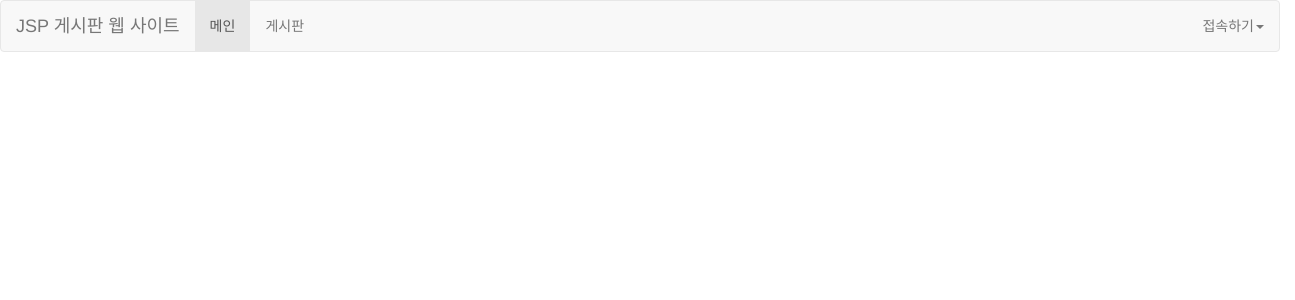
Repository: flown222/JSP_BasicWebsite_Project
Page: http://localhost/BBS/main.jsp
An editor plug-in stored every save of this project. The page is shown before and after the next save, followed by the edit.
The browser window is 1280 px wide. The page is 1280 px wide, then 1295 px, then 1280 px, so the pictures cover 1295 px, including what lies to the right of the window. The pictures show the whole page.
The page is served by Tomcat 9.

Above is the page before, as saved 2022-08-21 06:22:06.

After the next save:
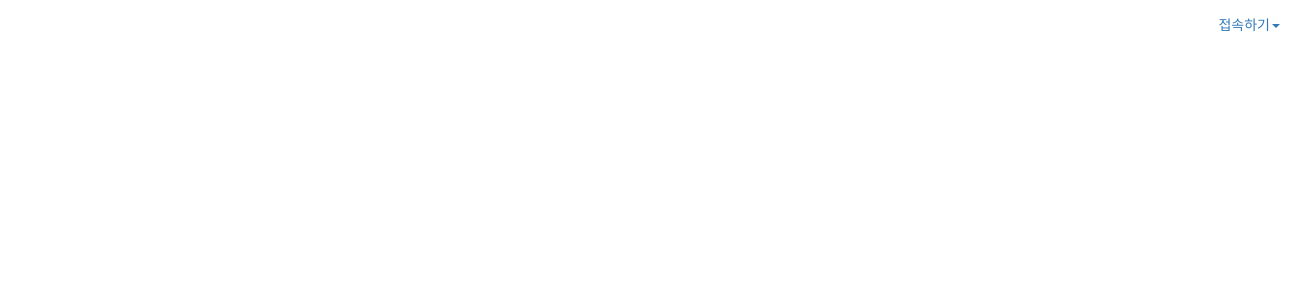
Saved 3 min 3 s later.
--- a/projects /BBS/src/main/webapp/main.jsp
+++ b/projects /BBS/src/main/webapp/main.jsp
@@ -17,26 +17,9 @@
 			userID = (String) session.getAttribute("userID");
 		}
 	%>
-	<nav class="navbar navbar-default ">
-		<div class="navbar-header">
-			<button type="button" class="navbar-toggle collapsed"
-			data-toggle="collapse" data-target="#bs-example-navbar-collapse-1"
-			aria-expanded="false">
-				<span class="icon-bar"></span>
-				<span class="icon-bar"></span>
-				<span class="icon-bar"></span>
-			</button>
 
-			<a class="navbar-brand" href="main.jsp">JSP 게시판 웹 사이트</a>
-		</div>
-       <div class="collapse navbar-collapse" id="bs-example-navbar-collapse-1"
-       				aria-expanded="false">
-           <ul class="nav navbar-nav">
-                   <li class="active"><a href="main.jsp">메인</a></li>
-                   <li><a href="bbs.jsp">게시판</a></li>
-           </ul>
            <%
-           		if(userID == null){
+           		if(userID == null){ //로그인 또는 회원가입을 통해 접속을 하지 않을 상태일때.
            %>
 			<ul class="nav navbar-nav navbar-right">
 				<li class="dropdown">
@@ -50,7 +33,7 @@
 				</li>
 			</ul>
 			<%
-           		} else{
+           		} else{//로그인 또는 회원가입을 통해 접속을 했을때.
            	%>
            	<ul class="nav navbar-nav navbar-right">
 				<li class="dropdown">

After the save that followed:
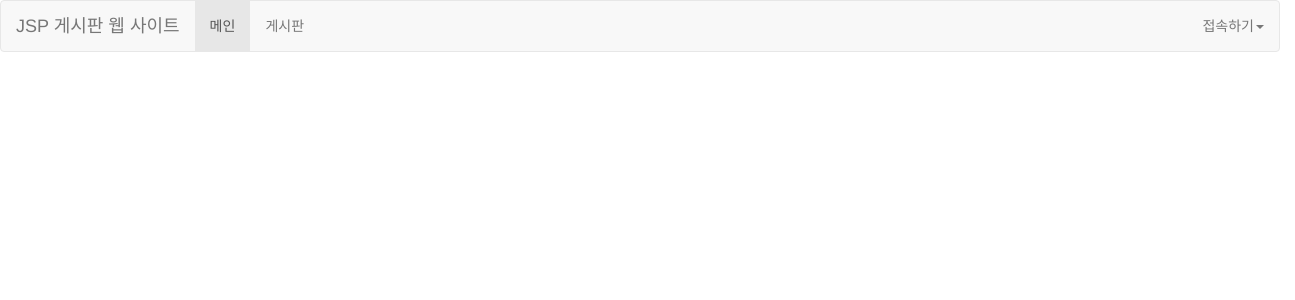
Saved 41 s later.
--- a/projects /BBS/src/main/webapp/main.jsp
+++ b/projects /BBS/src/main/webapp/main.jsp
@@ -17,7 +17,24 @@
 			userID = (String) session.getAttribute("userID");
 		}
 	%>
+	<nav class="navbar navbar-default ">
+		<div class="navbar-header">
+			<button type="button" class="navbar-toggle collapsed"
+			data-toggle="collapse" data-target="#bs-example-navbar-collapse-1"
+			aria-expanded="false">
+				<span class="icon-bar"></span>
+				<span class="icon-bar"></span>
+				<span class="icon-bar"></span>
+			</button>
 
+			<a class="navbar-brand" href="main.jsp">JSP 게시판 웹 사이트</a>
+		</div>
+       <div class="collapse navbar-collapse" id="bs-example-navbar-collapse-1"
+       				aria-expanded="false">
+           <ul class="nav navbar-nav">
+                   <li class="active"><a href="main.jsp">메인</a></li>
+                   <li><a href="bbs.jsp">게시판</a></li>
+           </ul>
            <%
            		if(userID == null){ //로그인 또는 회원가입을 통해 접속을 하지 않을 상태일때.
            %>
